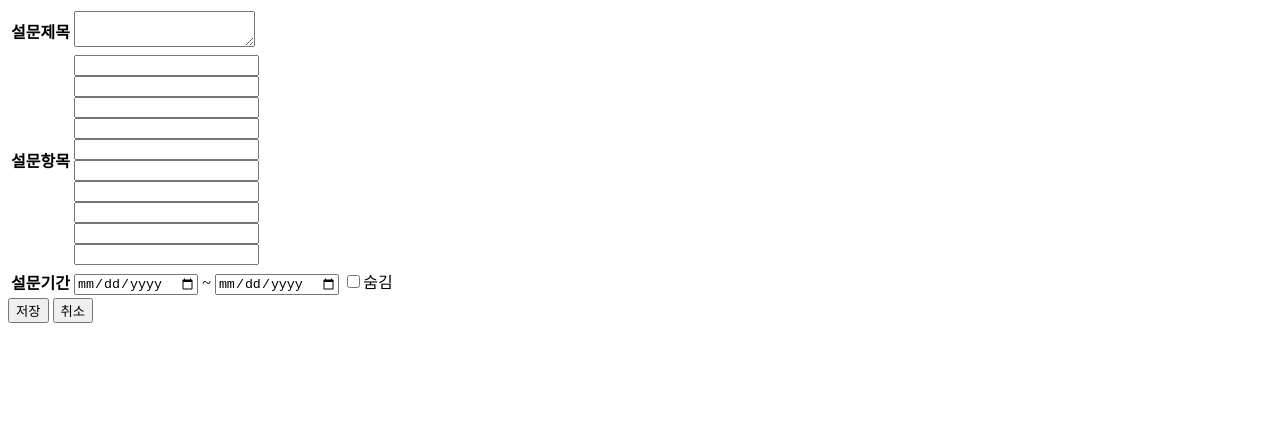
Repository: kgh2037/study
Page: http://localhost/project_servlet1/poll/pollWrite.jsp
The author's editor kept a copy of each file at every save. The page is drawn from the files as they stood at one save, then again after the next save.
The browser window is 1280 px wide. The pictures show the whole page.
The page is served by Tomcat 9. Other server files are loaded and not shown.

Above is the page before, as saved 2023-07-07 01:11:38.

### project_servlet1/src/main/webapp/poll/pollWrite.jsp
<%@ page language="java" contentType="text/html; charset=UTF-8"
    pageEncoding="UTF-8"%>
<!DOCTYPE html>
<html>
<head>
<meta charset="UTF-8">
<title>설문 등록</title>
</head>
<body>
	<form name="frm" method="post" action="/pollWriteSave">
	<table>
		<tr>
			<th>설문제목</th>
			<td><textarea name="title"></textarea></td>
		</tr>
		<tr>
			<th>설문항목</th>
			<td>
				<%
					for(int i=1; i<=10; i++) {
				%>
						<input type="text" name="item"><br>
				<%
					}
				%>

			</td>
		</tr>
		<tr>
			<th>설문기간</th>
			<td>
				<input type="date" name="sdate"> ~
				<input type="date" name="edate">
				<input type="checkbox" name="use" value="N">숨김
			</td>
		</tr>

	</table>

	<div>
		<button type="button">저장</button>
		<button type="reset">취소</button>
	</div>

	</form>
</body>
</html>

After the next save:
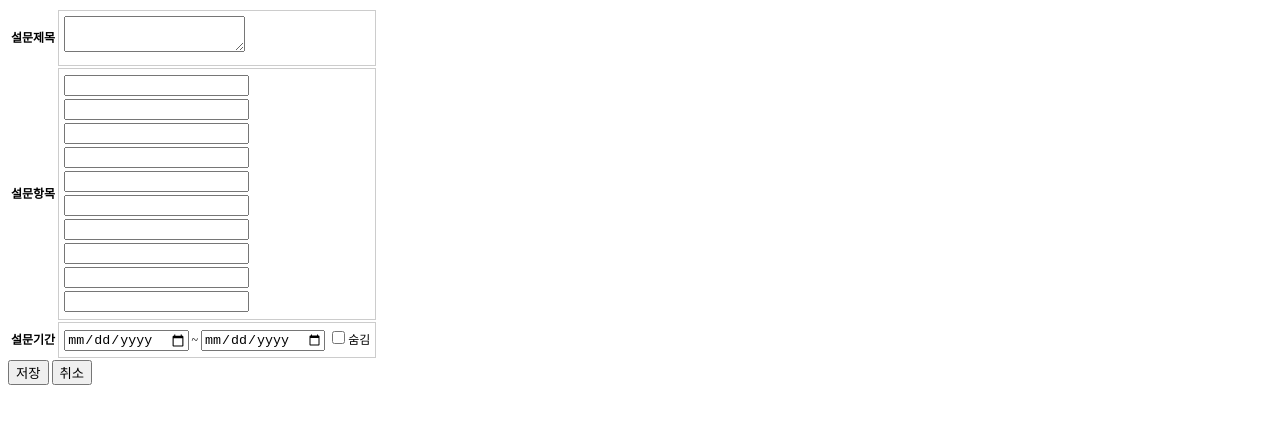
Saved 24 min 56 s later.
--- a/project_servlet1/src/main/webapp/poll/pollWrite.jsp
+++ b/project_servlet1/src/main/webapp/poll/pollWrite.jsp
@@ -6,6 +6,35 @@
 <meta charset="UTF-8">
 <title>설문 등록</title>
 </head>
+<style>
+body {
+   font-size:12px;
+   font-family:맑은고딕;
+   line-height:2.0;
+}
+.table1 {
+   width:600px;
+   border:1px solid #ccc;
+   border-collapse:collapse;
+}
+.table1 th,td {
+   padding:5px;
+   border:1px solid #ccc;
+}
+.textarea {
+   width:98%; height:100px;
+}
+.input {
+   width:98%;
+}
+.div1 {
+   width:600px;
+   text-align:center;
+   margin-top:10px;
+}
+
+
+</style>
 <body>
 	<form name="frm" method="post" action="/pollWriteSave">
 	<table>
